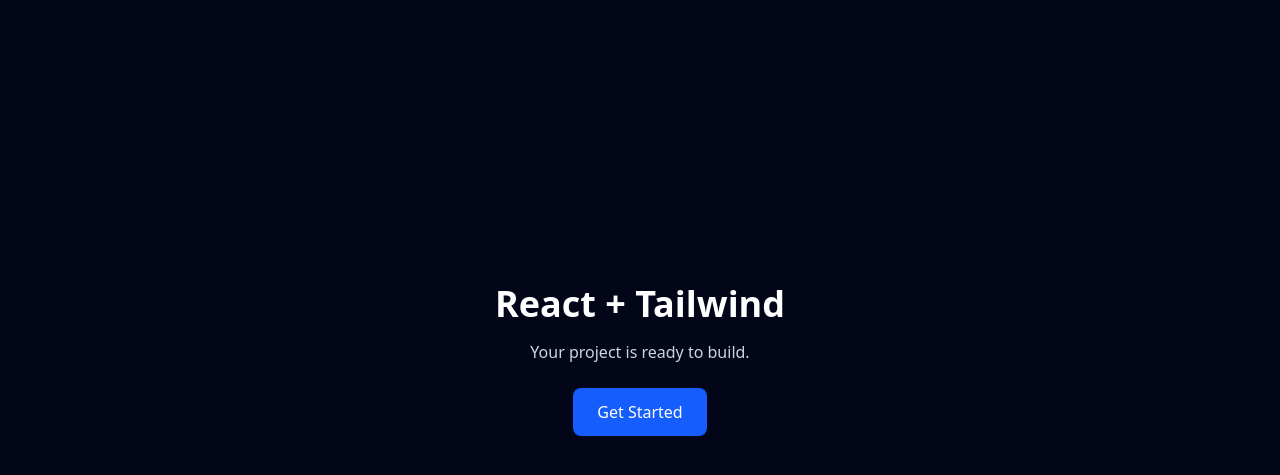
Repository: mulindijr/hotelia-admin
Page: /
The author's editor kept a copy of each file at every save. The page is drawn from the files as they stood at one save, then again after a run of saves.
The browser window is 1280 px wide. The pictures show the whole page.
The project was rebuilt for these pictures with package versions that can differ from the ones it lists, and the page was loaded fresh each time. Also part of the build but not shown: vite.config.js.

Above is the page before, as saved 2026-09-21 23:19:25.

After the next 2 saves:
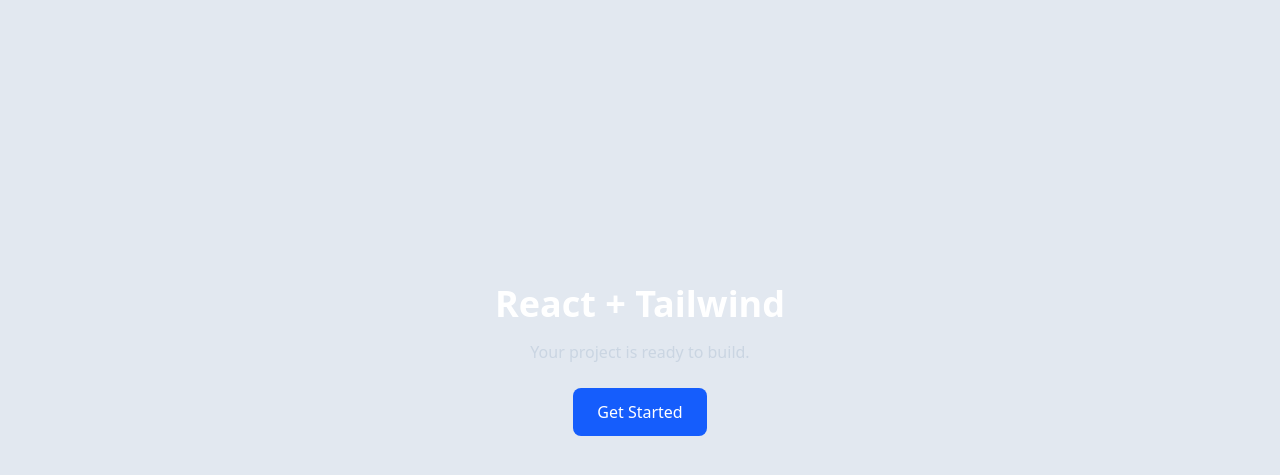
The 2 saves are shown as one change because they came seconds apart.
The last was saved 105 s later.
--- a/src/App.jsx
+++ b/src/App.jsx
@@ -1,6 +1,6 @@
 function App() {
   return (
-    <main className="flex min-h-screen items-center justify-center bg-slate-950 px-6">
+    <main className="flex min-h-screen items-center justify-center bg-slate-200 px-6">
       <div className="text-center">
         <h1 className="text-4xl font-bold text-white">
           React + Tailwind

After the save that followed:
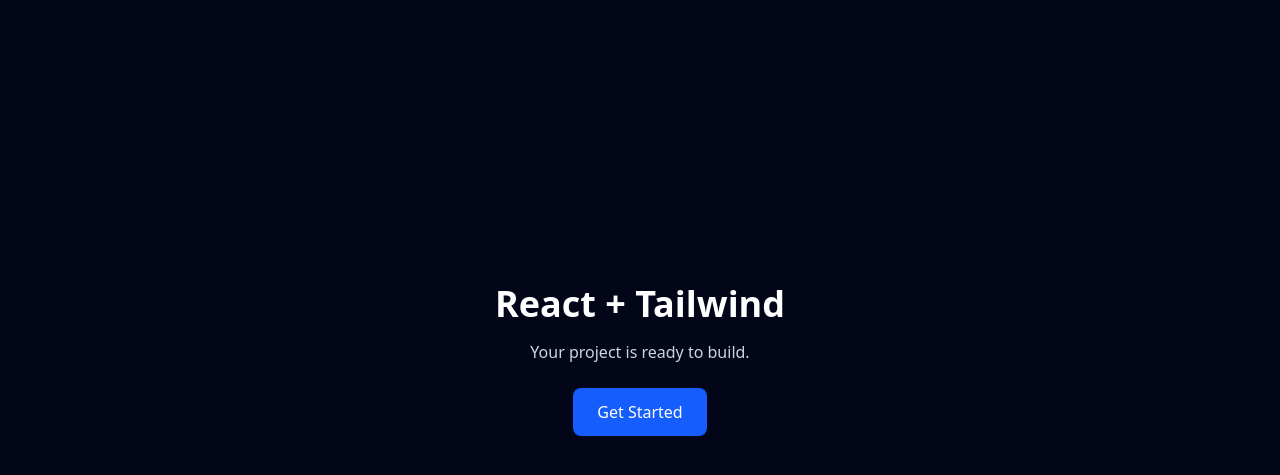
Saved 7 s later.
--- a/src/App.jsx
+++ b/src/App.jsx
@@ -1,6 +1,6 @@
 function App() {
   return (
-    <main className="flex min-h-screen items-center justify-center bg-slate-200 px-6">
+    <main className="flex min-h-screen items-center justify-center bg-slate-950 px-6">
       <div className="text-center">
         <h1 className="text-4xl font-bold text-white">
           React + Tailwind
